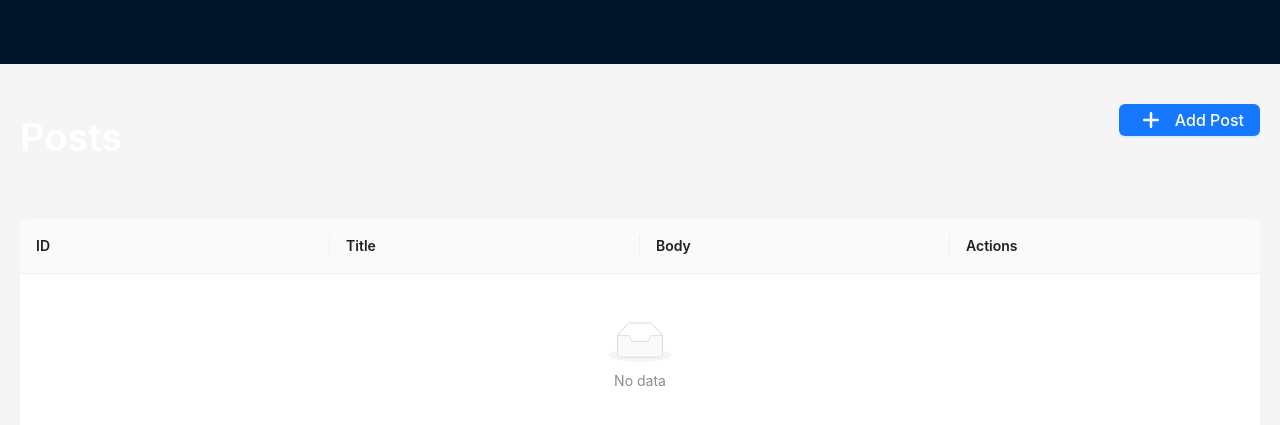
Repository: yasserrrz/Denamo-posts
Page: /
These files come from the project's save history. The page is drawn as it stood at one moment and after the next save; the edit follows.
The browser window is 1280 px wide. The pictures show the whole page.
The page's requests for data from a server got no answer. The project was rebuilt for these pictures with package versions that can differ from the ones it lists, and the page was loaded fresh each time. No one was signed in, and anything a server would have sent is missing. Also part of the build but not shown: src/components/PostForm.tsx.

Above is the page before, as saved 2024-11-28 16:01:22.

After the next save:
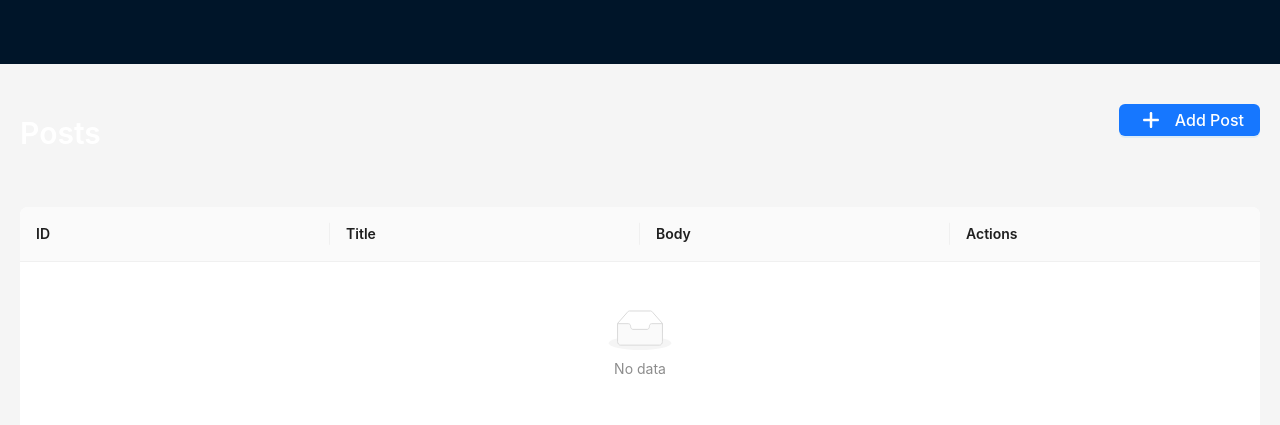
Saved 8 s later.
--- a/src/App.tsx
+++ b/src/App.tsx
@@ -19,7 +19,7 @@ const App: React.FC = () => {
 
       <Content style={{ padding: '20px' }}>
          <div style={{marginTop: '20px ' , marginBottom: '20px' , display: 'flex', justifyContent: 'space-between' }}>
-         <Title level={1} style={{ color: 'white' , textAlign: 'center' , marginTop: '10px' }}>
+         <Title level={2} style={{ color: 'white' , textAlign: 'center' , marginTop: '10px' }}>
           Posts
         </Title>
          <Button onClick={()=>{setIsModalOpen(true)}} style={{fontSize: '16px' , fontWeight: '500' , padding: '15px'}} type="primary"><AddIcon/> Add Post</Button>
